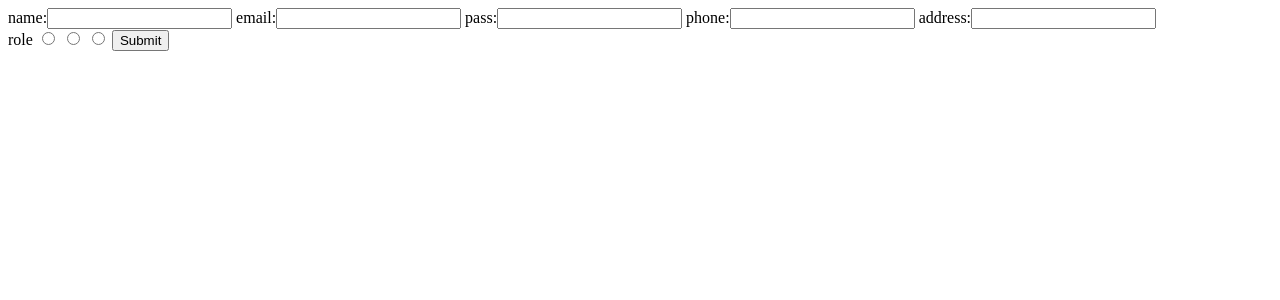
Repository: Ganesh9986320435/AllProjectsFromYestYantra
Page: http://localhost/mcdonaldsprojectjsp/signin.jsp
An editor plug-in stored every save of this project. The page is shown before and after the next save, followed by the edit.
The browser window is 1280 px wide. The pictures show the whole page.
The page is served by Tomcat 9. Other server files are loaded and not shown.

Above is the page before, as saved 2023-01-31 10:48:25.

### mcdonaldsprojectjsp/src/main/webapp/signin.jsp
<%@ page language="java" contentType="text/html; charset=UTF-8"
    pageEncoding="UTF-8"%>
<!DOCTYPE html>
<html>
<head>
<meta charset="UTF-8">
<title>Insert title here</title>
</head>
<body>
<form action="signin">
name:<input type="text" name="name">
email:<input type="text" name="email">
pass:<input type="text" name="pass">
phone:<input type="text" name="phone">
address:<input type="text" name="address"><br>
<label for="role"> role</label>
<input type="radio" name="role" placeholder="manager">
<input type="radio" name="role" placeholder="staff">
<input type="radio" name="role" placeholder="customer">
<input type="submit">


















</form>
</body>
</html>

After the next save:
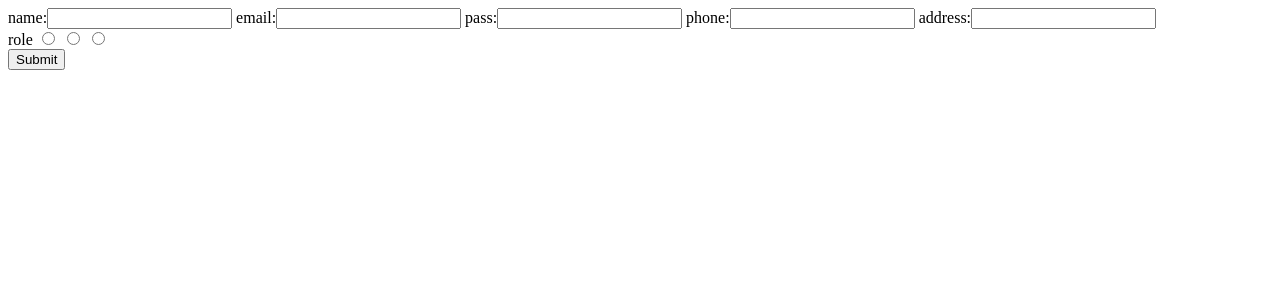
Saved 4 s later.
--- a/mcdonaldsprojectjsp/src/main/webapp/signin.jsp
+++ b/mcdonaldsprojectjsp/src/main/webapp/signin.jsp
@@ -16,7 +16,7 @@
 <label for="role"> role</label>
 <input type="radio" name="role" placeholder="manager">
 <input type="radio" name="role" placeholder="staff">
-<input type="radio" name="role" placeholder="customer">
+<input type="radio" name="role" placeholder="customer"><br>
 <input type="submit">
 
 
